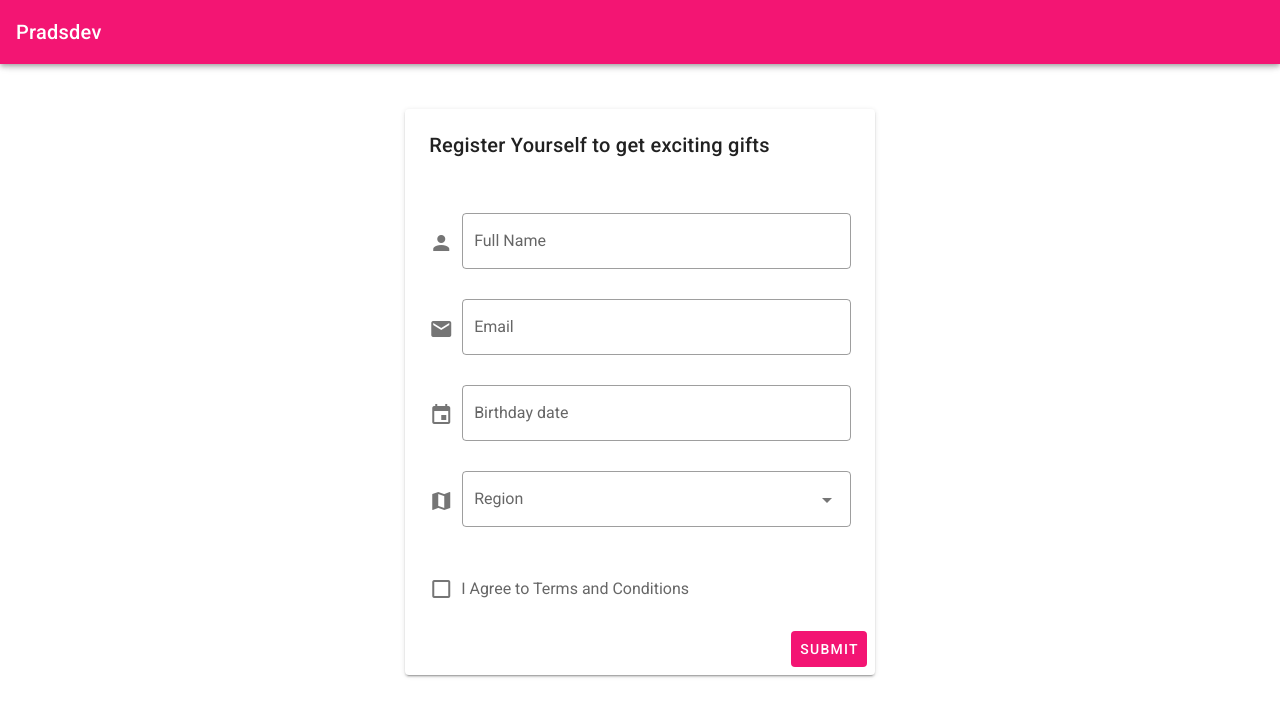
Repository: pradsdev/vue-form-validate
Page: /
These files come from the project's save history. The page is drawn as it stood at one moment and after the next save; the edit follows.
The browser window is 1280 px wide. The pictures show the whole page.
The project was rebuilt for these pictures with package versions that can differ from the ones it lists, and the page was loaded fresh each time. Also part of the build but not shown: vue.config.js.

Above is the page before, as saved 2020-12-21 23:35:34.

### src/App.vue
<template>
  <v-app>
    <v-app-bar
      app
      color="primary"
      dark
    >
      <div class="d-flex align-center">
        <div class="title">
          Pradsdev
        </div>
      </div>
    </v-app-bar>

    <v-main>
      <Form/>
    </v-main>
  </v-app>
</template>

<script>
export default {
  name: 'App',

  components: {
    Form: () => import('./components/Form')
  },

  data: () => ({
    //
  })
}
</script>

### src/plugins/vuetify.js
import Vue from 'vue'
import Vuetify from 'vuetify/lib/framework'

Vue.use(Vuetify)

export default new Vuetify({
  theme: {
    options: {
      customProperties: true
    },
    themes: {
      light: {
        primary: '#f31573',
        secondary: '#424242',
        accent: '#82B1FF',
        error: '#FF5252',
        info: '#2196F3',
        success: '#4CAF50',
        warning: '#FFC107'
      }
    }
  }
})

### src/components/Form.vue
<template>
  <v-container fill-height>
    <v-row class="text-center justify-center">
      <v-col cols="5">
        <v-card>
          <v-card-title class="py-5 mx-2">
            Register Yourself to get exciting gifts
          </v-card-title>
          <v-form class="mx-6 pt-8">
            <v-text-field
              outlined
              label="Full Name"
              prepend-icon="mdi-account"
            />
            <v-text-field
              outlined
              label="Email"
              prepend-icon="mdi-email"
            />
            <v-menu
              ref="menu"
              v-model="menu"
              :close-on-content-click="false"
              transition="scale-transition"
              offset-y
              min-width="290px"
            >
              <template v-slot:activator="{ on, attrs }">
                <v-text-field
                  v-model="date"
                  label="Birthday date"
                  prepend-icon="mdi-calendar"
                  readonly
                  outlined
                  v-bind="attrs"
                  v-on="on"
                />
              </template>
              <v-date-picker
                ref="picker"
                v-model="date"
                :max="new Date().toISOString().substr(0, 10)"
                min="1950-01-01"
                @change="save"
              />
            </v-menu>
            <v-select
              :items="items"
              label="Region"
              outlined
              prepend-icon="mdi-map"
            />
            <v-checkbox
              v-model="checkbox"
              label="I Agree to Terms and Conditions"
            />
          </v-form>
          <v-card-actions>
            <v-spacer></v-spacer>
            <v-btn
              :loading="loading"
              color="primary"
              type="submit"
              depressed
              @click="submit"
            >
              submit
            </v-btn>
          </v-card-actions>
        </v-card>
      </v-col>
    </v-row>
  </v-container>
</template>

<script>
export default {
  name: 'HelloWorld',
  data: () => ({
    date: null,
    menu: false,
    items: ['Africa', 'Americas', 'Asia', 'Europe', 'Oceania'],
    checkbox: false,
    loading: false
  }),
  watch: {
    menu (val) {
      val && setTimeout(() => (this.$refs.picker.activePicker = 'YEAR'))
    }
  },
  methods: {
    save (date) {
      this.$refs.menu.save(date)
    },
    submit () {
      console.log('sadf')
    }
  }
}
</script>

Loaded but not shown: public/index.html (common file); src/main.js (common file)

After the next save:
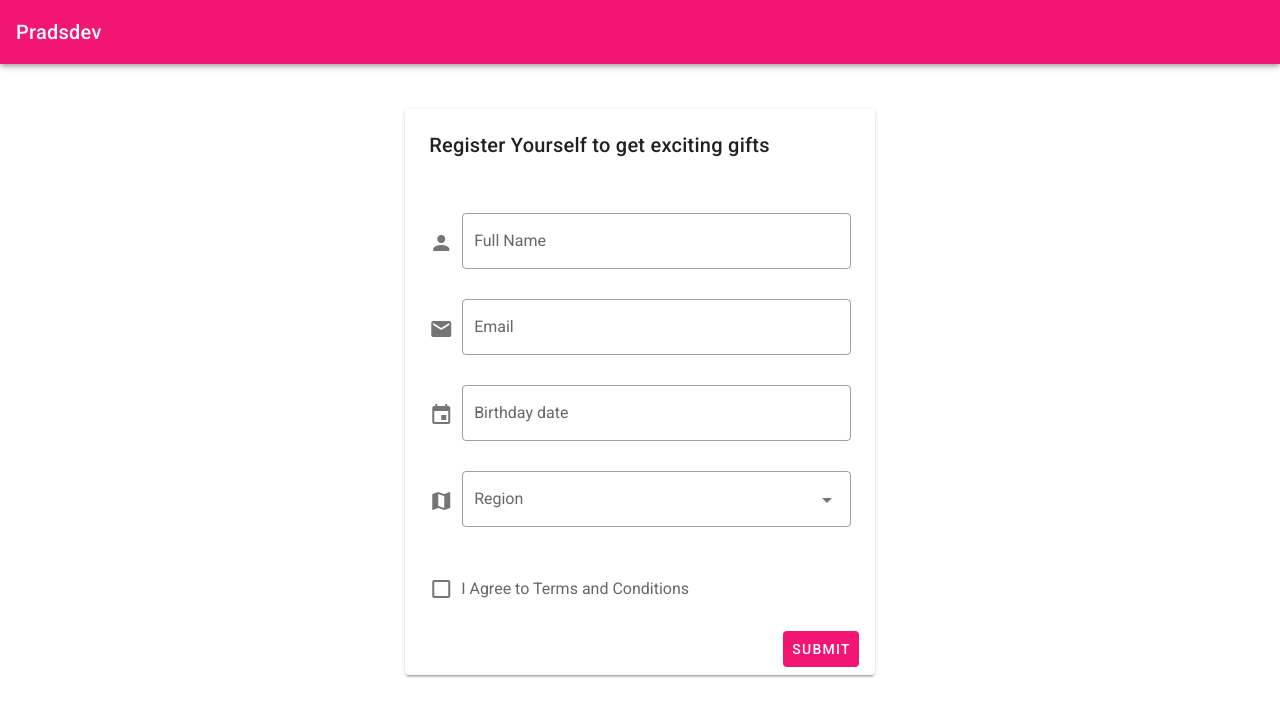
Saved 27 s later.
--- a/src/components/Form.vue
+++ b/src/components/Form.vue
@@ -55,7 +55,7 @@
               label="I Agree to Terms and Conditions"
             />
           </v-form>
-          <v-card-actions>
+          <v-card-actions class="px-4">
             <v-spacer></v-spacer>
             <v-btn
               :loading="loading"
